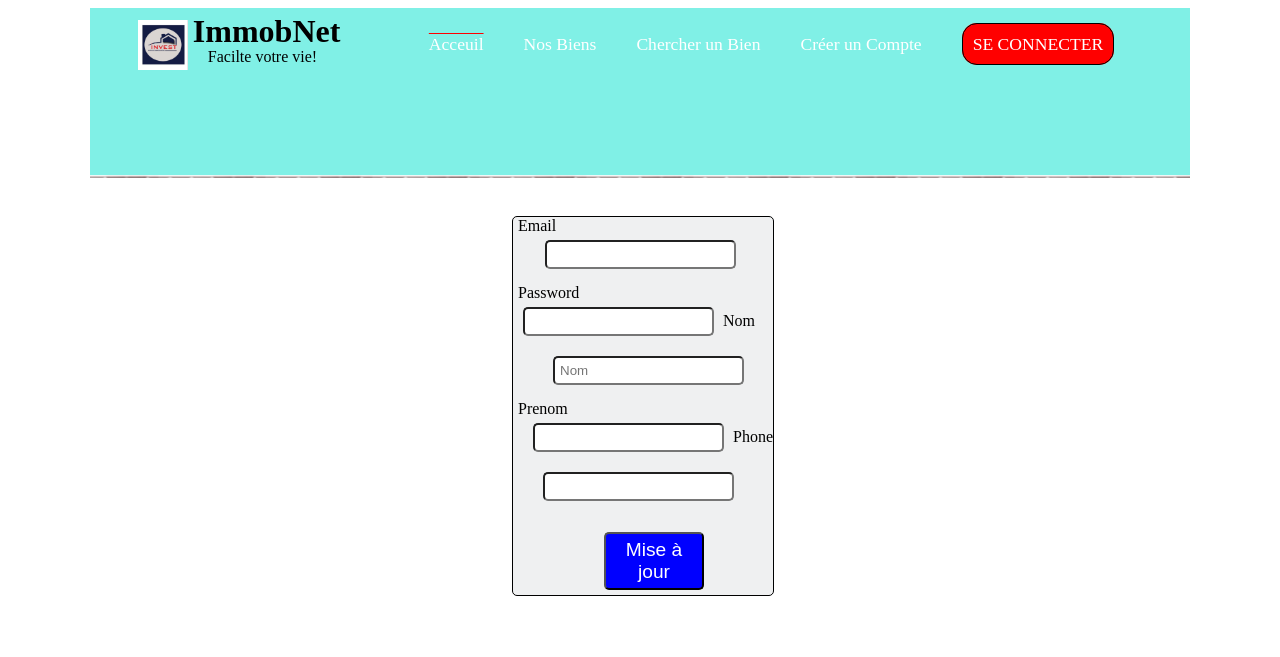
Repository: hassen-mnejja/Real_Estate_Agency_Website
Page: http://localhost/frontoffice/Personnel
The author's editor kept a copy of each file at every save. The page is drawn from the files as they stood at one save, then again after the next save.
The browser window is 1280 px wide. The pictures show the whole page.
The page is served by Tomcat 9.

Above is the page before, as saved 2020-06-26 17:34:46.

After the next save:
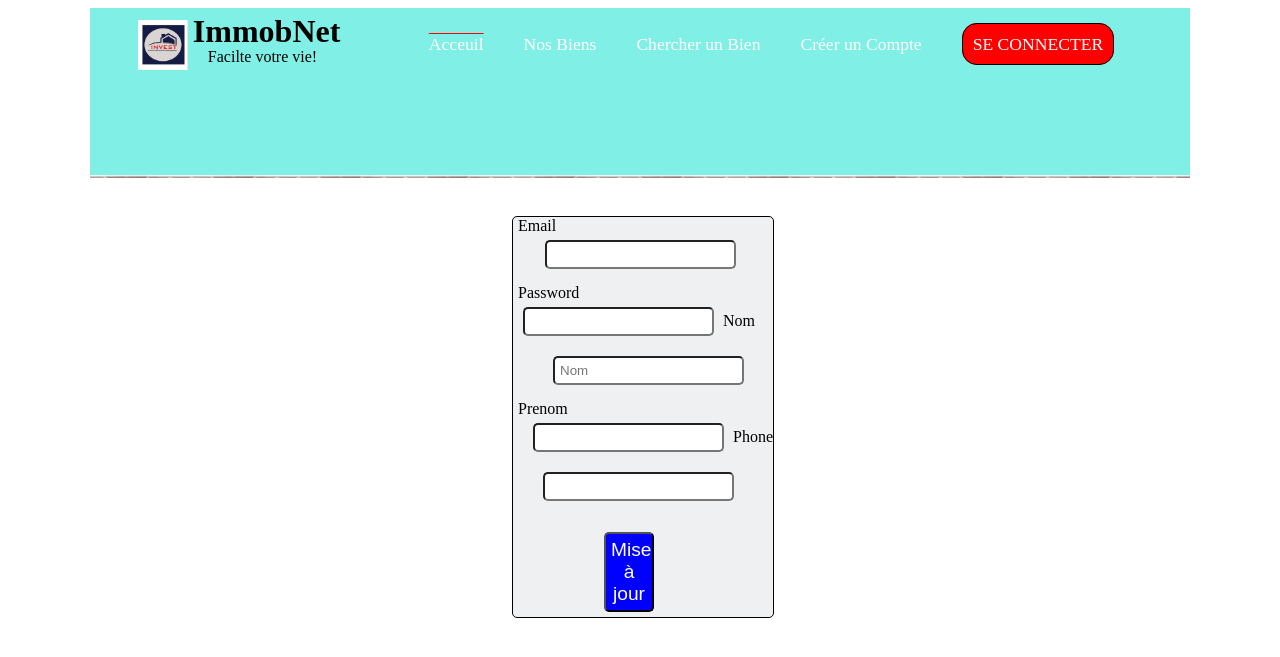
Saved 2 min 28 s later.
--- a/frontoffice/WebContent/WEB-INF/personnel.jsp
+++ b/frontoffice/WebContent/WEB-INF/personnel.jsp
@@ -67,7 +67,7 @@
     <label for="inputZip">Phone</label>
     <input type="text" class="form-control" id="inputcity" name="num" value="${numtel}" required><br>
     <p>${message }</p>
-    <button type="submit" class="btn btn-primary">Mise à jour</button>
+    <button type="submit" class="btn btn-primary" style="width:50px">Mise à jour</button>
     </form>
     </div>
     </body>
